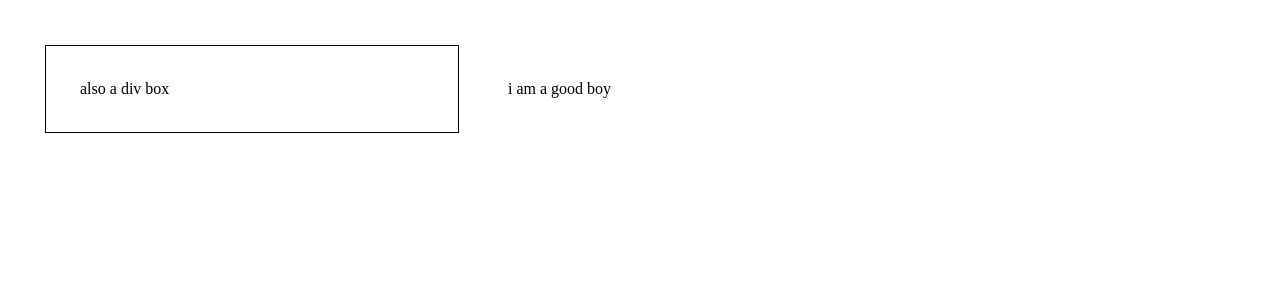
Repository: diensy/Web_dev
Page: Css/Display properties/display.html
An editor plug-in stored every save of this project. The page is shown before and after a run of saves, followed by the edit.
The browser window is 1280 px wide. The pictures show the whole page.

Above is the page before, as saved 2024-05-23 23:20:20.

### Css/Display properties/display.html
<!DOCTYPE html>
<html lang="en">
  <head>
    <meta charset="UTF-8" />
    <meta name="viewport" content="width=device-width, initial-scale=1.0" />
    <title>Display</title>
    <link rel="stylesheet" href="display.css" />
  </head>
  <body>
    <div class="box box1">i am a box</div>
    <div class="box">also a div box</div>
    <span>i am a</span>
    <span> good boy </span>
  </body>
</html>

### Css/Display properties/display.css
* {
  margin: 0;
  padding: 0;
}
.box {
  border: 1px solid black;
  display: inline-block;
  padding: 34px;
  margin: 45px;
  width: 344px;
}
.box1{
    display: none;
}

After the next 2 saves:
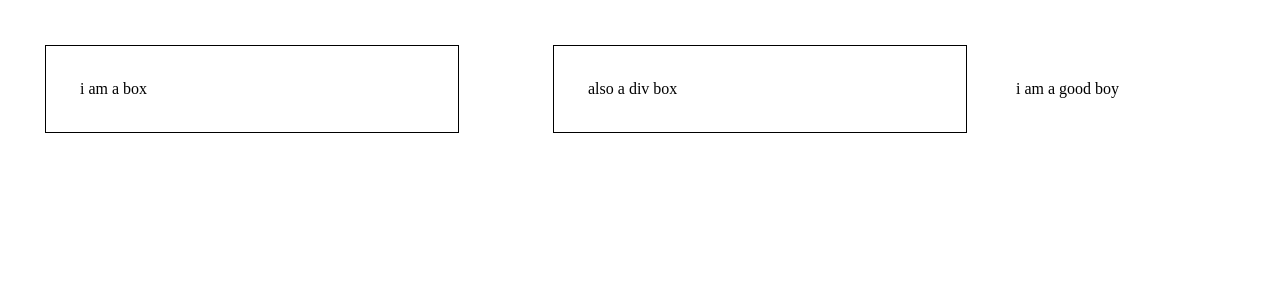
The 2 saves are shown as one change because they came seconds apart.
The last was saved 29 min 52 s later.
--- a/Css/Display properties/display.css
+++ b/Css/Display properties/display.css
@@ -10,5 +10,6 @@
   width: 344px;
 }
 .box1{
-    display: none;
+    /* display: none; */
+
 }
